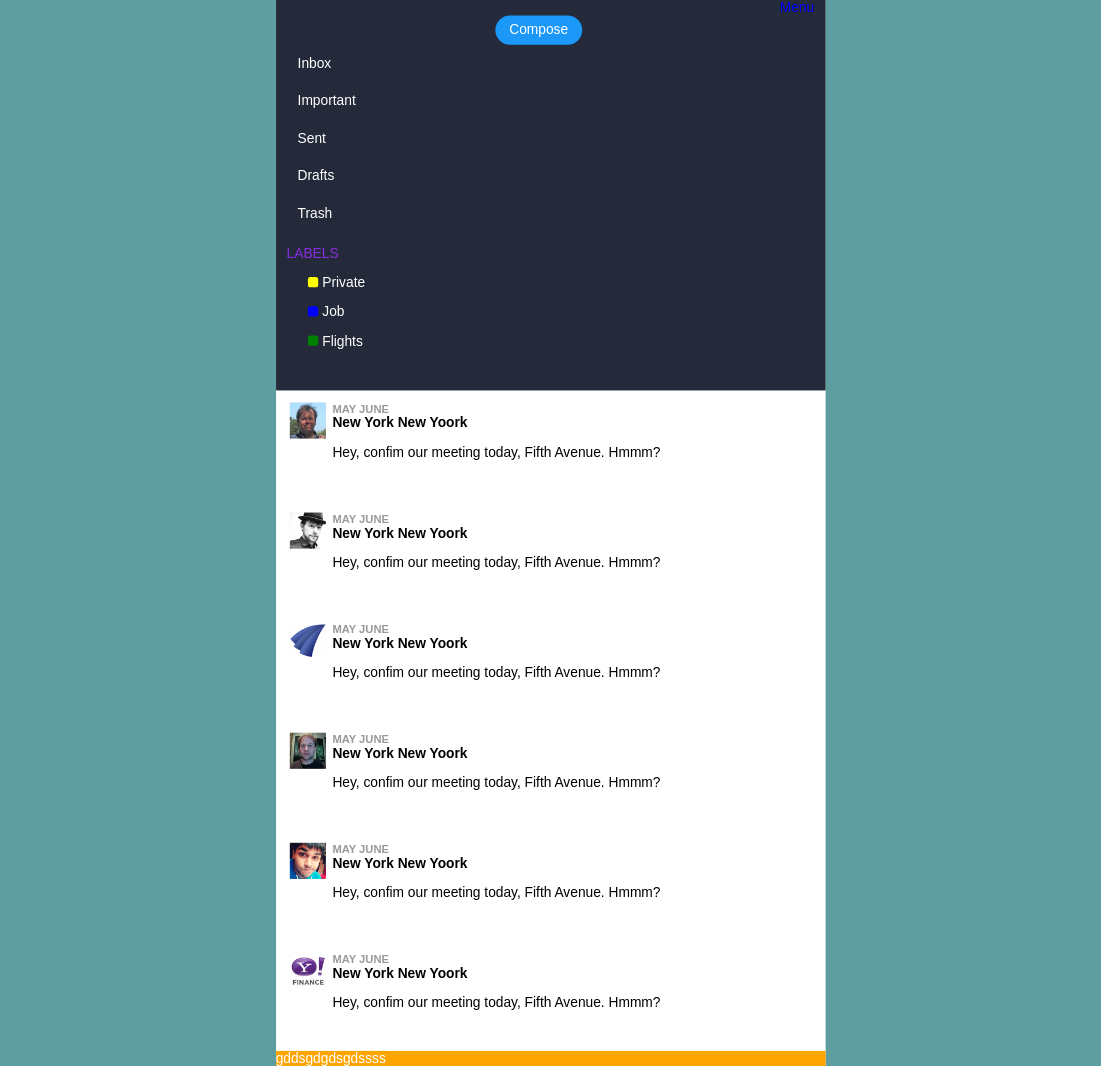
Repository: Gumiin/studia
Page: lesson4/index.html
The author's editor kept a copy of each file at every save. The page is drawn from the files as they stood at one save, then again after the next save.
The browser window is 1280 px wide. The pictures show the whole page, at 86% of full size.

Above is the page before, as saved 2021-04-21 18:30:31.

### lesson4/index.html
<!DOCTYPE html>
<html lang="en">
<head>
    <meta charset="UTF-8">
    <meta http-equiv="X-UA-Compatible" content="IE=edge">
    <meta name="viewport" content="width=device-width, initial-scale=1.0">
    <title>Mail mobile part</title>
    <link rel="stylesheet" href="style.css">
</head>
<body>
    <main>
    <navigation id="menus">
        <p style="border: 0px;margin: 0px; color: blue;margin-right: 2%;text-align: right;">Menu</p>
        <a href=""><div id="compose">Compose</div></a>
        <nav>
            <a href=""><div class="menu">Inbox</div></a>
            <a href=""><div class="menu">Important</div></a>
            <a href=""><div class="menu">Sent</div></a>
            <a href=""><div class="menu">Drafts</div></a>
            <a href=""><div class="menu">Trash</div></a>
        </nav>
        <div id="labels">
            <p style="color: blueviolet;">LABELS</p>
            <p>
                <div class="label"style="background-color: yellow;"></div>
            Private
            </p>
            <p>
                <div class="label" style="background-color: blue;"></div>
            Job
            </p>
            <p>
                <div class="label" style="background-color: green;"></div>
            Flights
            </p>
        </div>
    </navigation>
    <div id="mails">
        <div class="mail">
            <div class="avatar">
                <img src="/lesson4/webmail/avatary/p1.png" alt="Avatar"/>
            </div>
            <div class="text">
                <p class="sender">may june</p>
                <p class="title">New York New Yoork</p>
                <p class="messnege">Hey, confim our meeting today, Fifth Avenue. Hmmm? </p>
            </div>
        </div>
        <div class="mail">
            <div class="avatar">
                <img src="/lesson4/webmail/avatary/p2.png" alt="Avatar"/>
            </div>
            <div class="text">
                <p class="sender">may june</p>
                <p class="title">New York New Yoork</p>
                <p class="messnege">Hey, confim our meeting today, Fifth Avenue. Hmmm? </p>
            </div>
        </div><div class="mail">
            <div class="avatar">
                <img src="/lesson4/webmail/avatary/p3.png" alt="Avatar"/>
            </div>
            <div class="text">
                <p class="sender">may june</p>
                <p class="title">New York New Yoork</p>
                <p class="messnege">Hey, confim our meeting today, Fifth Avenue. Hmmm? </p>
            </div>
        </div><div class="mail">
            <div class="avatar">
                <img src="/lesson4/webmail/avatary/p4.png" alt="Avatar"/>
            </div>
            <div class="text">
                <p class="sender">may june</p>
                <p class="title">New York New Yoork</p>
                <p class="messnege">Hey, confim our meeting today, Fifth Avenue. Hmmm? </p>
            </div>
        </div><div class="mail">
            <div class="avatar">
                <img src="/lesson4/webmail/avatary/p5.png" alt="Avatar"/>
            </div>
            <div class="text">
                <p class="sender">may june</p>
                <p class="title">New York New Yoork</p>
                <p class="messnege">Hey, confim our meeting today, Fifth Avenue. Hmmm? </p>
            </div>
        </div><div class="mail">
            <div class="avatar">
                <img src="/lesson4/webmail/avatary/p6.png" alt="Avatar"/>
            </div>
            <div class="">
                <p class="sender">may june</p>
                <p class="title">New York New Yoork</p>
                <p class="messnege">Hey, confim our meeting today, Fifth Avenue. Hmmm? </p>
            </div>
        </div>
    </div>
    <content id="messenge">
        gddsgdgdsgdssss
    </content>
</main>
</body>
</html>

### lesson4/style.css
body{
    margin: 0px;
    border: 0px;
    max-width: 639px;
    height:100%;
    margin:auto;
    font-family: Arial, sans-serif;
    color: white;
    background-color: cadetblue;
}
main{
    margin: 0 auto;
    background:#fff;
    display: grid;
    grid-template-areas:
        "navigation"
        "mails"
        "content";
}
#menus{
    background-color: #252a3a;
    font-size: 16px;
    grid-template-areas:navigation;
}
#menus a{
    text-decoration: none;
    color: white;
}

#compose{
    background-color: #1B98F8;
    border: none;
    color: white;
    padding: 20px;
    text-align: center;
    text-decoration: none;
    display: inline-block;
    font-size: 16px;
    padding: 8px 16px;
    margin-left: 40%;
    border-radius: 20px;
}
.menu{
    margin-left: 2%;
    margin-right: 2%;
    padding: 2%;
}
.menu:hover{
    background-color: orchid;
}
#labels{
    margin-left: 2%;
    padding-bottom: 5%;
}
.label{
    border: none;
    display: inline-block;
    padding: 6px 6px;
    border-radius: 3px;
    margin-left:4%;
}
#mails{
    display: grid;
    grid-template-areas:mails;
    grid-template-rows: auto;
    color: black;
}
.mail{
    padding: 14px 16px;
    height: 100px;
}
img{
    max-height: 42px;
}
.avatar{
    max-width: 60px;
    height: 100%;
    margin-right: 8px;
    float:left;
}
.text{
    float:left;
}
.sender{
    color:#999;
    text-transform: uppercase;
    font-weight: bold;
    font-size:  13px;
    border:0px;
    margin:0px;
}
.title{
    font-weight: bold;
    font-size:  16px;
    border:0px;
    margin:0px;
}
.messenge{
    font-size:  13px;
    text-transform: none;
    margin: 7px 0;
    border:0px;
    margin:0px;
}
content{
    grid-template-areas:content;
    background:orange;
}
@media screen and (min-width: 576px) {

}
@media screen and (min-width: 768px) {

}
@media screen and (min-width: 992px) {

}
@media screen and (min-width: 1200px) {

}
@media screen and (min-width: 1400px) {

}

After the next save:
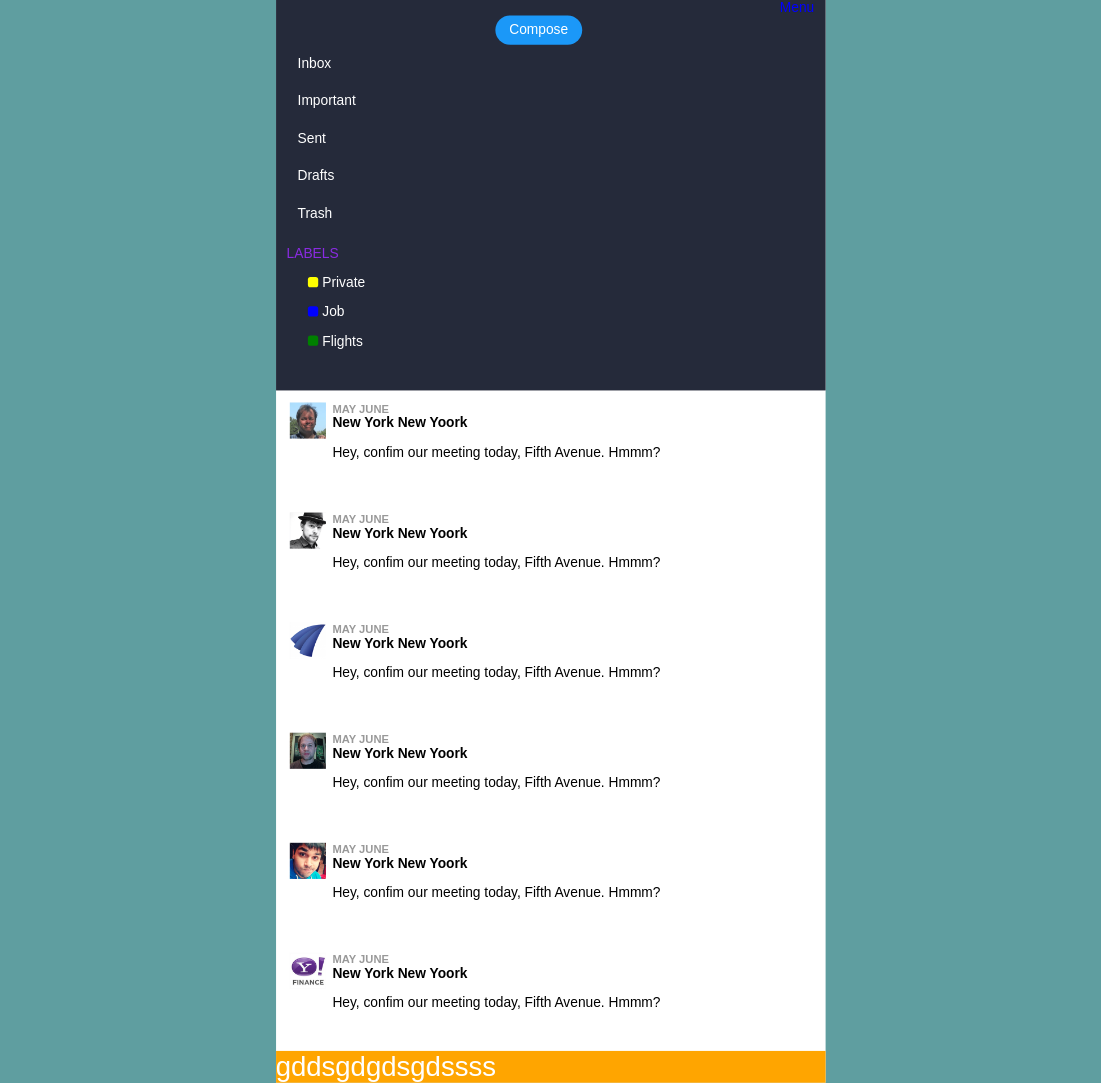
Saved 3 min 28 s later.
--- a/lesson4/style.css
+++ b/lesson4/style.css
@@ -105,6 +105,9 @@ img{
 content{
     grid-template-areas:content;
     background:orange;
+    height: auto;
+    width: 100%;
+    font-size: 32px;
 }
 @media screen and (min-width: 576px) {
 
